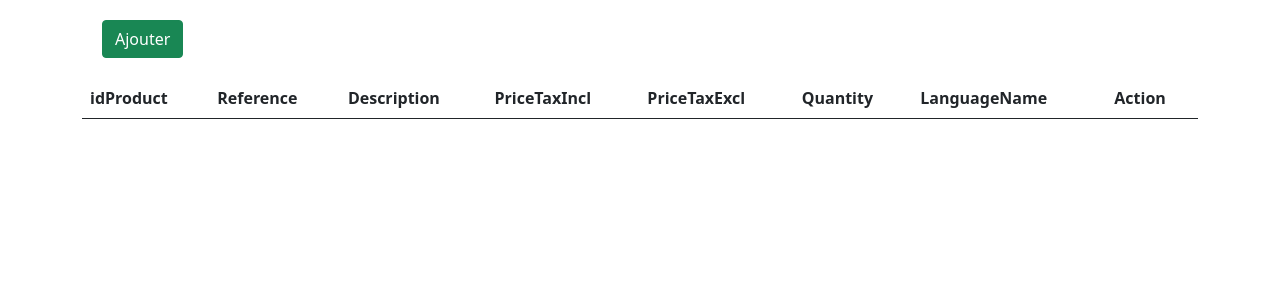
Repository: ahamie71/CrUDPOO
Page: http://localhost/index.php?action=AfficheCrud
These files come from the project's save history. The page is drawn as it stood at one moment and after a run of saves; the edit follows.
The browser window is 1280 px wide. The pictures show the whole page.
The page is run by PHP 8.4 with error messages shown; the project is at /var/www/html/. Queries for data that is not in the repository find no rows.

Above is the page before, as saved 2023-07-25 11:19:09.

### public/index.php
<?php


require_once(dirname(__DIR__) . '/Autoloader.php');

use CrudPOO\Controllers\HomeController;
use CrudPOO\Controllers\ProductController;


if (isset($_GET['action'])) {

    $action = $_GET['action'];

    switch ($action) {

        case 'Home';
            $controller = new HomeController();
            $controller->Home();
            break;

         case'AfficheCrud';
         $controller = new ProductController();
         $controller->DisplayProducts();
         break;
    }

} else {
    $home = new HomeController();
    $home->Home();
}
;

### Autoloader.php
<?php


spl_autoload_register(function ($className) {

    $className = str_replace("CrudPOO\\", '', $className);
    $className = str_replace("\\", '/', $className);
    require_once(__DIR__ . "/src/$className.php");

});

### src/Controllers/ProductController.php
<?php

namespace  CrudPOO\Controllers;

use CrudPOO\Model\ProductRepository;

Class ProductController extends AbstractController
{
    public function DisplayProducts()
    {

      $productRepository = new ProductRepository;
      $products = $productRepository->getProducts();
      $this->render($products);

    }

}

### src/Controllers/AbstractController.php
<?php

namespace CrudPOO\Controllers;

abstract class AbstractController
{
    public function render($products)
    {
        require_once(dirname(__FILE__,2) . '/View/CrudPage.php');

    }

}

### src/Model/ProductRepository.php
<?php
namespace CrudPOO\Model;


use PDO;
use CrudPOO\Entity\Database;

class ProductRepository
{
    public function getProducts()
    {
        $bdd = new Database();
        $req =" SELECT products.idLang, products.idProduct , products.reference, products.description,products.priceTaxIncl,products.priceTaxExcl,products.quantity,languages.LanguageName FROM products
        LEFT JOIN languages ON products.idLang = languages.idLang";
        $stmt = $bdd->getPDO()->prepare($req);
        $stmt->setFetchMode(PDO::FETCH_CLASS, 'CrudPOO\Entity\Product');
        $stmt->execute();
        $products = $stmt->fetchAll();
        return $products;
    }

}

//     public function getPostById($id)
//     {
//         $bdd = new Database();
//         $req = "SELECT Post.user_id, Post.id , Post.image, Post.created_at,Post.title,Post.content,User.username FROM Post
//         LEFT JOIN User ON Post.user_id = user.id
//          WHERE Post.id =  $id";
//         $stmt = $bdd->getPDO()->prepare($req);
//         $stmt->setFetchMode(PDO::FETCH_CLASS, 'Foot\Entity\Post');
//         $stmt->execute();
//         $post = $stmt->fetch();
//         return $post;
//     }

//     public function addPost($user_id, $title, $content, $image, $createdAt)
//     {
//         $bdd = new Database();
//         $query = $bdd->getPDO()->prepare("INSERT INTO Post(user_id,title,content,image,created_at)VALUES(?,?,?,?,?)");
//         $query->execute([
//             $_SESSION['user']->getId(),
//             $title,
//             $content,
//             $image,
//             $createdAt
//         ]);
//     }

//     public function RemovePost($id)
//     {
//         $bdd = new Database();
//         $sql = "DELETE FROM Post WHERE id= $id";
//         $delet = $bdd->getPDO()->prepare($sql);
//         $delet->execute();
//     }

//     public function editPost($content, $id, $title)
//     {
//         $bdd = new Database();
//         $update = $bdd->getPDO()->prepare("UPDATE  Post SET content=:content , title=:title WHERE id = $id");
//         $update->execute(
//             array(
//                 ':content' => $content,
//                 ':title' => $title
//             )
//         );
//     }
// }

### src/Entity/database.php
<?php

namespace  CrudPOO\Entity;

use PDO;
class Database
{
  private $host = "localhost";
  private $db_name = "CrudProduit";
  private $username = "ronaldo";
  private $password = "123";
  private $pdo;

  public function __construct($db_name = 'CrudProduit', $username = 'ronaldo', $password = '123', $host = 'localhost')
  {
    $this->$db_name = $db_name;
    $this->$username = $username;
    $this->$password = $password;
    $this->$host = $host;
  }

  public function getPDO()
  {
    if ($this->pdo == null) {
      $pdo = new PDO('mysql:dbname=CrudProduit;host=localhost', 'ronaldo', '123');
      $pdo->setAttribute(PDO::ATTR_ERRMODE, PDO::ERRMODE_EXCEPTION);
      $this->pdo = $pdo;
    }

    return $this->pdo;
  }

  public function query($statement)
  {
    $req = $this->getPDO()->query($statement);
    $datas = $req->fetchAll(PDO::FETCH_OBJ);
    return $datas;
  }
}

### src/Entity/Product.php
<?php

namespace  CrudPOO\Entity;

Class Product

{
    private $idProduct;
    private $reference;
    private $description;
    private $priceTaxIncl;
    private $priceTaxExcl;
    private $quantity ;

    /**
     * Get the value of idProduct
     */
    public function getIdProduct()
    {
        return $this->idProduct;
    }

    /**
     * Set the value of idProduct
     */
    public function setIdProduct($idProduct): self
    {
        $this->idProduct = $idProduct;

        return $this;
    }

    /**
     * Get the value of reference
     */
    public function getReference()
    {
        return $this->reference;
    }

    /**
     * Set the value of reference
     */
    public function setReference($reference): self
    {
        $this->reference = $reference;

        return $this;
    }

    /**
     * Get the value of description
     */
    public function getDescription()
    {
        return $this->description;
    }

    /**
     * Set the value of description
     */
    public function setDescription($description): self
    {
        $this->description = $description;

        return $this;
    }

    /**
     * Get the value of priceTaxIncl
     */
    public function getPriceTaxIncl()
    {
        return $this->priceTaxIncl;
    }

    /**
     * Set the value of priceTaxIncl
     */
    public function setPriceTaxIncl($priceTaxIncl): self
    {
        $this->priceTaxIncl = $priceTaxIncl;

        return $this;
    }

    /**
     * Get the value of priceTaxExcl
     */
    public function getPriceTaxExcl()
    {
        return $this->priceTaxExcl;
    }

    /**
     * Set the value of priceTaxExcl
     */
    public function setPriceTaxExcl($priceTaxExcl): self
    {
        $this->priceTaxExcl = $priceTaxExcl;

        return $this;
    }

    /**
     * Get the value of quantity
     */
    public function getQuantity()
    {
        return $this->quantity;
    }

    /**
     * Set the value of quantity
     */
    public function setQuantity($quantity): self
    {
        $this->quantity = $quantity;

        return $this;
    }
}

### src/View/CrudPage.php
<!DOCTYPE html>
<html lang="en">
<head>
    <meta charset="UTF-8">
    <meta http-equiv="X-UA-Compatible" content="IE=edge">
    <meta name="viewport" content="width=device-width, initial-scale=1.0">
    <link href="https://cdn.jsdelivr.net/npm/bootstrap@5.0.2/dist/css/bootstrap.min.css" rel="stylesheet" integrity="sha384-EVSTQN3/azprG1Anm3QDgpJLIm9Nao0Yz1ztcQTwFspd3yD65VohhpuuCOmLASjC" crossorigin="anonymous">
    <link rel="stylesheet" href="https://cdnjs.cloudflare.com/ajax/libs/font-awesome/5.15.3/css/all.min.css">
    <title>Document</title>
</head>
<body>
    <div class ="container">

    <a href="index.php?action=create" class="btn btn-success"style="margin:20px">Ajouter</a>
<table class="table">
  <thead>
    <tr>
      <th scope="col">idProduct</th>
      <th scope="col">Reference</th>
      <th scope="col">Description</th>
      <th scope="col">PriceTaxIncl</th>
      <th scope="col">PriceTaxExcl</th>
      <th scope="col">Quantity</th>
      <th scope="col">LanguageName</th>

      <th>Action</th>
    </tr>
  </thead>
    <tbody>
        <?php
        foreach($products as $produit){
            ?>
            <tr>
                <td><?= $produit->getIdProduct() ?></td>
                <td><?= $produit->getReference() ?></td>
                <td><?= $produit->getDescription() ?></td>
                <td><?= $produit->getPriceTaxIncl() ?></td>
                <td><?= $produit['priceTaxExcl'] ?></td>
                <td><?= $produit['quantity']?></td>
                <td><?= $produit['LanguageName']?></td>
                <td>
                <a href="index.php?action=edit&id=<?php echo $produit['idProduct']; ?>" class="m-2">

							<i class="fa fa-edit fa-2x"></i>
						</a>
                        <a href= "index.php?action=delete&id=<?php echo $produit['idProduct']; ?>"class="m-2">
                        <i class="fa fa-trash fa-2x red-icon"></i>
						</a>


                </td>
            </tr>
            <?php
        }
        ?>

    </tbody>
</table>

After the next 2 saves:
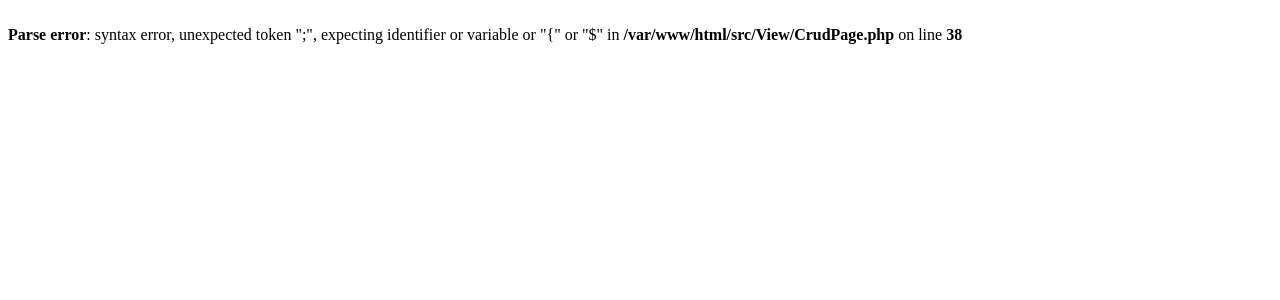
The 2 saves are shown as one change because they came seconds apart.
The last was saved 14 s later.
--- a/src/View/CrudPage.php
+++ b/src/View/CrudPage.php
@@ -35,7 +35,7 @@
                 <td><?= $produit->getReference() ?></td>
                 <td><?= $produit->getDescription() ?></td>
                 <td><?= $produit->getPriceTaxIncl() ?></td>
-                <td><?= $produit['priceTaxExcl'] ?></td>
+                <td><?= $produit-> ?></td>
                 <td><?= $produit['quantity']?></td>
                 <td><?= $produit['LanguageName']?></td>
                 <td>

After the 2 saves that followed:
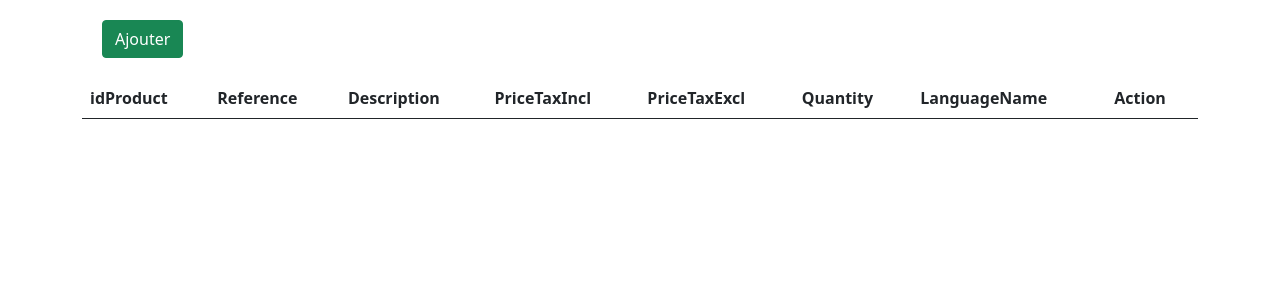
The 2 saves are shown as one change because they came seconds apart.
The last was saved 15 s later.
--- a/src/View/CrudPage.php
+++ b/src/View/CrudPage.php
@@ -35,7 +35,7 @@
                 <td><?= $produit->getReference() ?></td>
                 <td><?= $produit->getDescription() ?></td>
                 <td><?= $produit->getPriceTaxIncl() ?></td>
-                <td><?= $produit-> ?></td>
+                <td><?= $produit->getPriceTaxExcl() ?></td>
                 <td><?= $produit['quantity']?></td>
                 <td><?= $produit['LanguageName']?></td>
                 <td>
